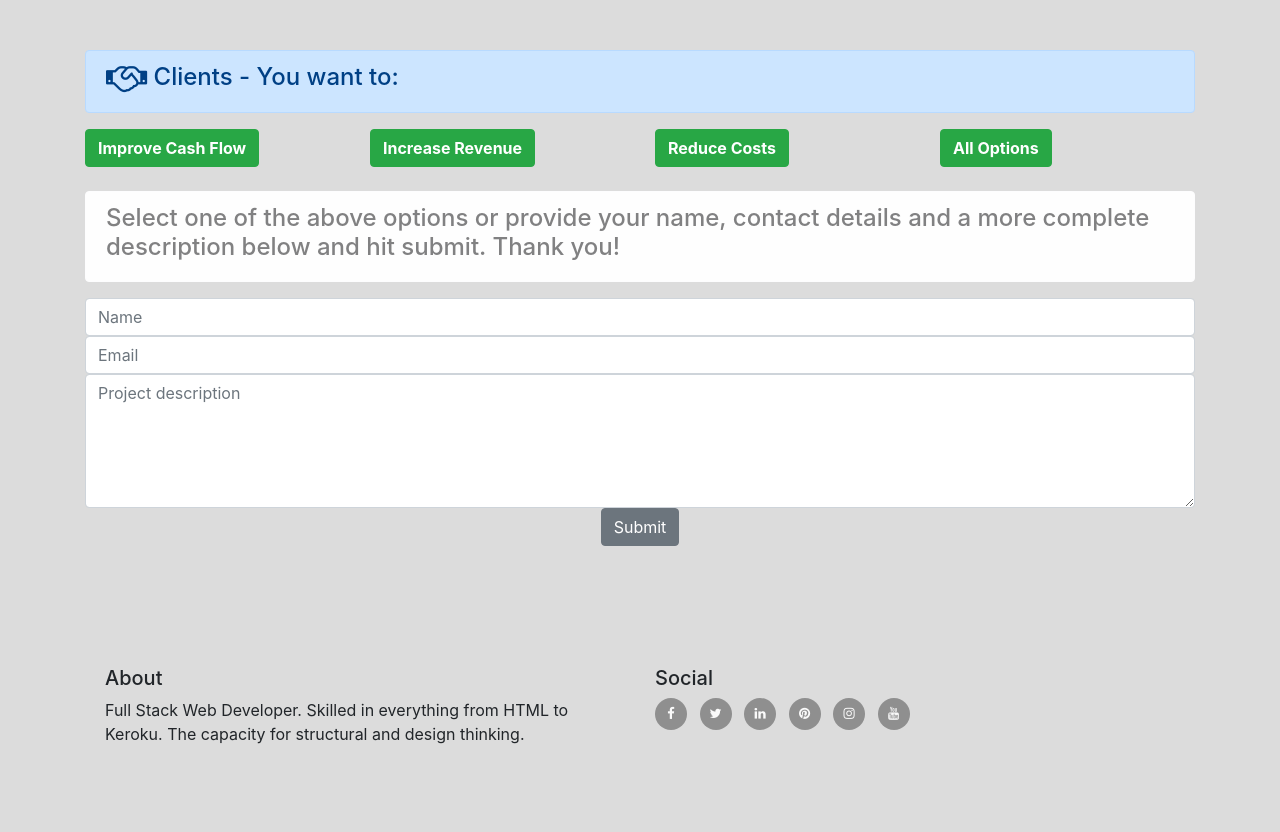
Repository: Code-Institute-Submissions/tenerim-milestone1
Page: Clients.html
The author's editor kept a record of every edit. The page is drawn from the files as they stood at one moment, then again after the next edit.
The browser window is 1280 px wide. The pictures show the whole page.

Above is the page before.

After the next edit:
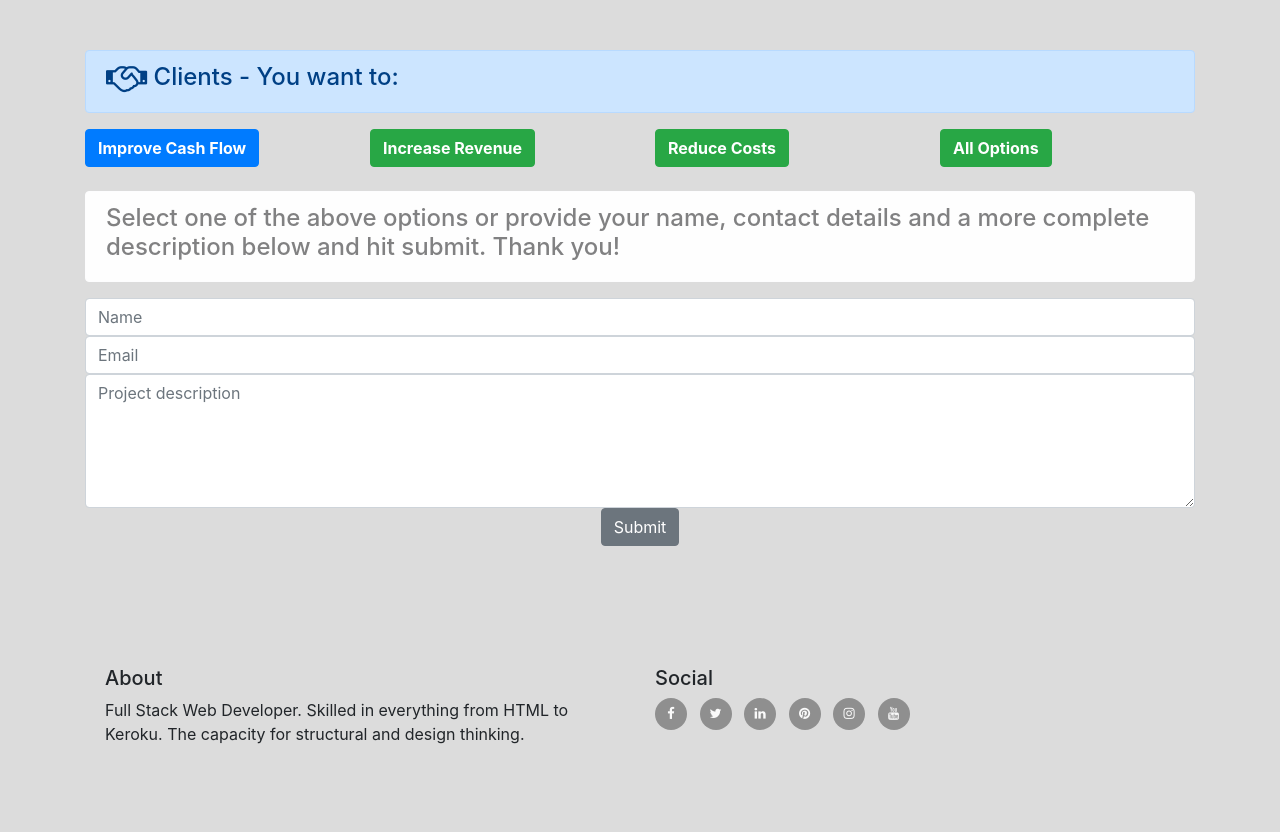
The edit:
--- a/Clients.html
+++ b/Clients.html
@@ -33,7 +33,7 @@
             <div class="row">
 
                 <div class="col-sm-3">
-                    <button type="button" class="btn btn-success"><a href="#" class="alert-link">Improve Cash Flow</a></button> <br />
+                    <button type="button" class="btn btn-primary"><a href="#" class="alert-link">Improve Cash Flow</a></button> <br />
                 </div>
                 <div class="col-sm-3">
                     <button type="button" class="btn btn-success"><a href="#" class="alert-link">Increase Revenue</a></button> <br />
